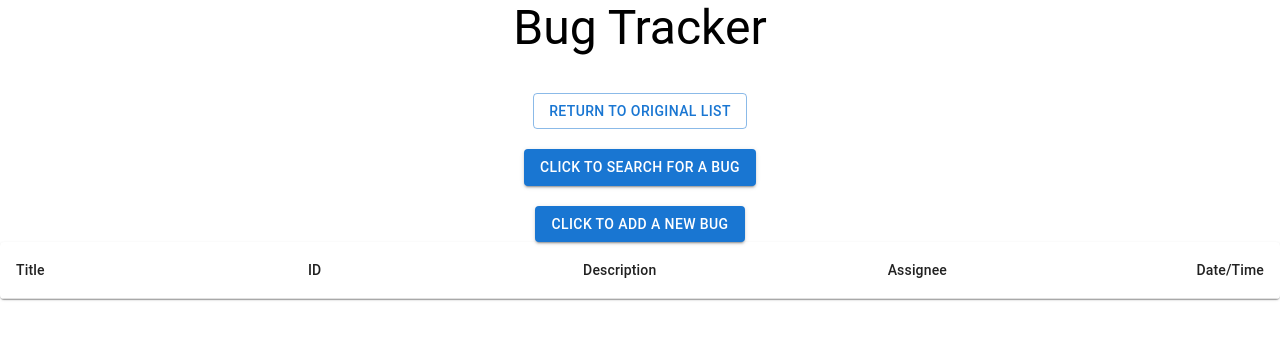
Repository: nj10deadend/RESTAPI-node-with-mongoDB
Page: /bug-table (app in client/frontend/)
The author's editor kept a copy of each file at every save. The page is drawn from the files as they stood at one save, then again after the next save.
The browser window is 1280 px wide. The pictures show the whole page.
The page's requests for data from a server got no answer. The project was rebuilt for these pictures with package versions that can differ from the ones it lists, and the page was loaded fresh each time. No one was signed in, and anything a server would have sent is missing. Also part of the build but not shown: client/frontend/src/components/BugTableCell.js, client/frontend/src/components/Signup.js.

Above is the page before, as saved 2022-01-01 14:15:04.

### client/frontend/src/index.css
body {
  margin: 0;
  font-family: -apple-system, BlinkMacSystemFont, 'Segoe UI', 'Roboto', 'Oxygen',
    'Ubuntu', 'Cantarell', 'Fira Sans', 'Droid Sans', 'Helvetica Neue',
    sans-serif;
  -webkit-font-smoothing: antialiased;
  -moz-osx-font-smoothing: grayscale;
}

code {
  font-family: source-code-pro, Menlo, Monaco, Consolas, 'Courier New',
    monospace;
}

.signup {
  border-color: lightblue;
  /* border-style: outset; */
}

### client/frontend/src/App.js
import './App.css';
import { BrowserRouter } from 'react-router-dom';
import { Routes, Route } from 'react-router-dom';
import axios from 'axios';
import Signup from './components/Signup';
import BugTable from './components/BugTable';

function App() {
  return (
    <div className="App">
      <BrowserRouter>
        <Routes>
          <Route path="*" element={<Signup />} />
          <Route path="/bug-table" element={<BugTable />} />
        </Routes>
      </BrowserRouter>
    </div>
  );
}

export default App;

### client/frontend/src/components/BugTable.js
import Button from '@mui/material/Button';
import SendIcon from '@material-ui/icons/Send';
import TextField from '@mui/material/TextField';
import Typography from '@mui/material/Typography';
import Box from '@mui/material/Box';
import Table from '@mui/material/Table';
import TableBody from '@mui/material/TableBody';
import TableCell from '@mui/material/TableCell';
import TableContainer from '@mui/material/TableContainer';
import TableHead from '@mui/material/TableHead';
import TableRow from '@mui/material/TableRow';
import Paper from '@mui/material/Paper';
import axios from 'axios';
import {useState, useEffect} from 'react';
import BugTableCell from './BugTableCell';
import BugSearch from './BugSearch';


function BugTable ({userFormData}) {

    const [user, setUser] = useState({});
    const [bugServer, setBugServer] = useState([]);
    const [clicked, setClicked] = useState(false);
    const [title, setTitle] = useState("");
    const [description, setDescription] = useState("");
    const [assignee, setAssignee] = useState("");



    // function getFetchCurrentUser () {
    //     axios.get(`http://localhost:8080/users/${userFormData.name}`)
    //         .then(res => {
    //         console.log(res.data);
    //         setUser(res.data)
    //     })
    // }
    // getFetchCurrentUser();

    function getFetchAllBugs () {
        axios.get(`http://localhost:8080/bugs`)
        .then(res => {
            // console.log(res.data);
            setBugServer(res.data)
        })
    }


    useEffect(getFetchAllBugs, []);

    async function postRequest () {
        return await axios.post(`http://localhost:8080/bugs`, {
            title: title,
            description: description,
            assignee: assignee
        })
        .then(function (response) {
            console.log(response);
            return response.data;
        })
        .catch(function (error) {
            console.log(error);
            return null;
        });

    }

    async function createBug (event) {
        event.preventDefault();
        setTitle("");
        setDescription("");
        setAssignee("");
        setClicked(!clicked);
        await postRequest();
        getFetchAllBugs();
    }


    const renderTableCells = bugServer.map(eachBug => {
        return (
            <BugTableCell key={eachBug._id} eachBug={eachBug} getFetchAllBugs={getFetchAllBugs} />
        )

    })

    const newBugBttnTxt = clicked ? "Hide Submission Form" : "Click to add a new bug"



    return (
        <div>
            {/* <p>Logged in as {user.name}</p> */}

            <Typography variant="h3" component="div" gutterBottom>Bug Tracker</Typography>
            <br></br>

            <Button onClick={() => getFetchAllBugs()} variant="outlined">Return to original list</Button>
            <br></br>
            <br></br>
            <BugSearch setBugServer={setBugServer}/>
            <br></br>



            <Button onClick={()=> setClicked(!clicked)} variant="contained">{newBugBttnTxt}</Button>
            {clicked && (
                <form onSubmit={createBug}>
                    <Box>
                        <label for="title">Title</label>
                        <br></br>
                        <br></br>
                        <TextField required id="titleInput" label="Enter general title for bug"
                        variant="outlined"
                        onChange={(event) => {setTitle(event.target.value)}}
                        value = {title}
                        />
                    </Box>
                    <Box>
                        <label for="description">Description</label>
                        <br></br>
                        <br></br>
                        <TextField required id="descInput" label="Enter description of issue/bug"
                        variant="outlined"
                        onChange={(event) => {setDescription(event.target.value)}}
                        value = {description}
                        />
                    </Box>
                    <Box>
                        <label for="assignee">Assignee</label>
                        <br></br>
                        <br></br>
                        <TextField required id="assigneeInput" label="Enter name of person assigned this bug (optional)"
                        variant="outlined"
                        onChange={(event) => {setAssignee(event.target.value)}}
                        value = {assignee}
                        />
                    </Box>

                    <Button variant="contained" endIcon={<SendIcon />} type="submit">Submit new bug</Button>
                </form>
            )}

            <TableContainer component={Paper}>
                <Table sx={{ minWidth: 650 }} aria-label="simple table">
                    <TableHead>
                        <TableRow>
                            <TableCell>Title</TableCell>
                            <TableCell align="right">ID</TableCell>
                            <TableCell align="right">Description</TableCell>
                            <TableCell align="right">Assignee</TableCell>
                            <TableCell align="right">Date/Time</TableCell>
                        </TableRow>
                    </TableHead>

                    <TableBody>
                        {renderTableCells}
                    </TableBody>
                </Table>

            </TableContainer>


        </div>
    )
}

export default BugTable;

### client/frontend/src/components/BugSearch.js
import {useState} from 'react';
import axios from 'axios';
import Button from '@mui/material/Button';
import TextField from '@mui/material/TextField';

function BugSearch ({setBugServer}) {

    const [searchId, setSearchId] = useState("");
    const [clicked, setClicked] = useState(false);

    const searchBugText = clicked ? "Hide Search Form" : "Click to Search for a Bug"

    function getFetchOneBug () {
        axios.get(`http://localhost:8080/bugs/${searchId}`)
          .then(res => {
              console.log(res.data);
            setBugServer(res.data)
        })
    }

    function onSearch(event) {
        event.preventDefault()
        setSearchId("");
        // getFetchAllBugs();
        getFetchOneBug();
        setClicked(false);
    }

    return (
        <div>
            <Button className="bttns" variant="contained" onClick={() => {setClicked(!clicked)}}>{searchBugText}</Button>
            {clicked && (
                <div>
                    <form onSubmit={onSearch}>
                        <br></br>
                        <TextField id="outlined-basic" label="Search for bug by Entering its ID"
                        variant="outlined"
                        onChange={(event) => {setSearchId(event.target.value)}}
                        value = {searchId}
                        />
                        <br></br>
                        <Button variant="outlined" type="submit">Search</Button>
                    </form>

                </div>
            )}
        </div>
    )
}

export default BugSearch;

Loaded but not shown: client/frontend/public/index.html (common file); client/frontend/src/index.js (common file); client/frontend/src/reportWebVitals.js (common file); client/frontend/src/App.css (common file)

After the next save:
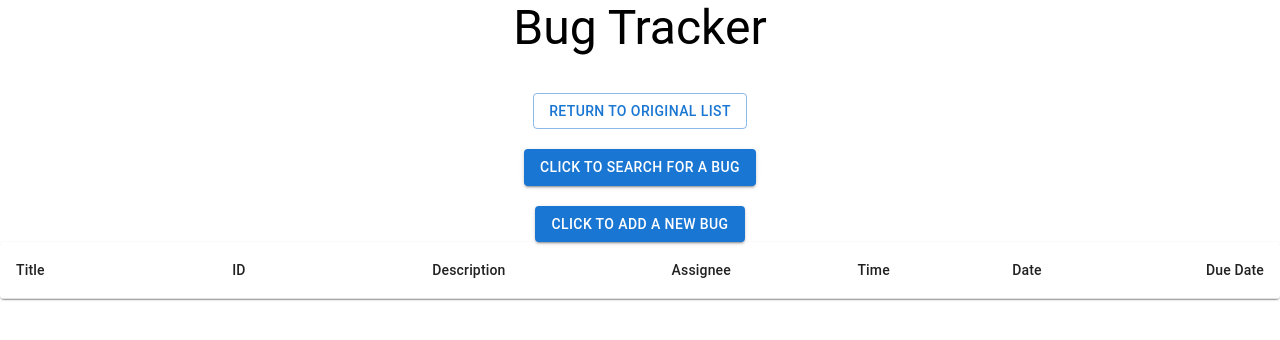
Saved 2 min 18 s later.
--- a/client/frontend/src/components/BugTable.js
+++ b/client/frontend/src/components/BugTable.js
@@ -147,7 +147,9 @@ function BugTable ({userFormData}) {
                             <TableCell align="right">ID</TableCell>
                             <TableCell align="right">Description</TableCell>
                             <TableCell align="right">Assignee</TableCell>
-                            <TableCell align="right">Date/Time</TableCell>
+                            <TableCell align="right">Time</TableCell>
+                            <TableCell align="right">Date</TableCell>
+                            <TableCell align="right">Due Date</TableCell>
                         </TableRow>
                     </TableHead>
 
